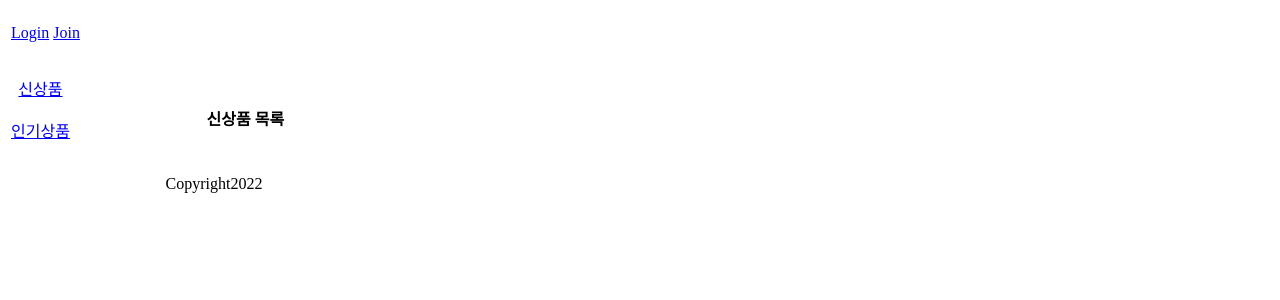
Repository: MaSHwan/JSP_Study
Page: http://localhost/ServletProject/template/template.jsp
The author's editor kept a copy of each file at every save. The page is drawn from the files as they stood at one save, then again after the next save.
The browser window is 1280 px wide. The pictures show the whole page.
The page is served by Tomcat 9. Other server files are loaded and not shown.

Above is the page before, as saved 2022-08-08 03:02:32.

### ServletProject/src/main/webapp/template/template.jsp
<%@ page language="java" contentType="text/html; charset=UTF-8"
    pageEncoding="UTF-8"%>

    <%
    	String pagefile = request.getParameter("page");
    	if(pagefile == null){pagefile="newitem";}
    %>

<!DOCTYPE html>
<html>
<head>
<meta charset="UTF-8">
<title>Insert title here</title>
</head>
<body>

<table>
	<tr>
		<td height="43" colspan="3" align="left">
			<jsp:include page="top.jsp"/>
		</td>
	</tr>

	<tr>
		<td width="15%" align="right" valign="top"><br>
			<jsp:include page="left.jsp"/>
		</td>

		<td colspan="2" align="center"><br>
			<jsp:include page='<%= pagefile+".jsp" %>'/>
		</td>
	</tr>

	<tr>
		<td width="100%" height="40" colspan="3">
			<jsp:include page="bottom.jsp"/>
		</td>
	</tr>
</table>


</body>
</html>

### ServletProject/src/main/webapp/template/top.jsp
<%@ page language="java" contentType="text/html; charset=UTF-8"
    pageEncoding="UTF-8"%>
<a href="login.jsp">Login</a>
<a href="join.jsp">Join</a>

### ServletProject/src/main/webapp/template/left.jsp
<%@ page language="java" contentType="text/html; charset=UTF-8"
    pageEncoding="UTF-8"%>
<center>
<a href="./template.jsp?page=newitem">신상품</a><br><br>
<a href="./template.jsp?page=bestitem">인기상품</a><br><br>
</center>

### ServletProject/src/main/webapp/template/newitem.jsp
<%@ page language="java" contentType="text/html; charset=UTF-8"
    pageEncoding="UTF-8"%>
<b>신상품 목록</b>

### ServletProject/src/main/webapp/template/bottom.jsp
<%@ page language="java" contentType="text/html; charset=UTF-8"
    pageEncoding="UTF-8"%>

<center>Copyright2022</center>

After the next save:
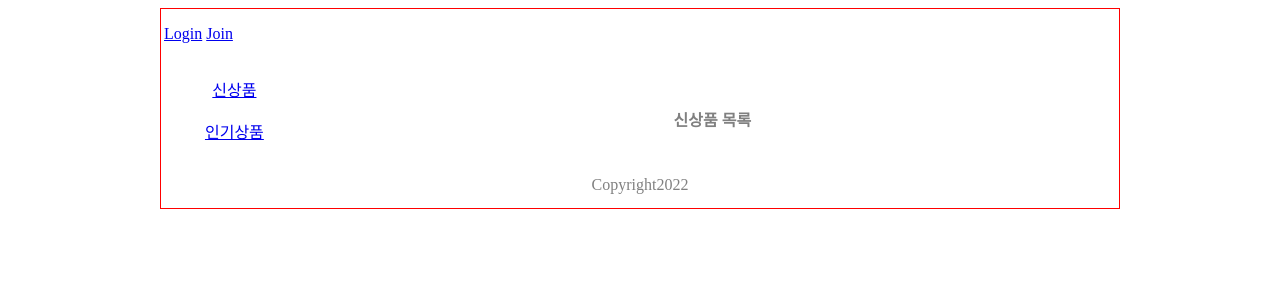
Saved 118 s later.
--- a/ServletProject/src/main/webapp/template/template.jsp
+++ b/ServletProject/src/main/webapp/template/template.jsp
@@ -11,6 +11,15 @@
 <head>
 <meta charset="UTF-8">
 <title>Insert title here</title>
+<style type="text/css">
+	table{
+	margin:auto;
+	width:960px;
+	border:1px solid red;
+	color:gray;}
+
+
+</style>
 </head>
 <body>
 
